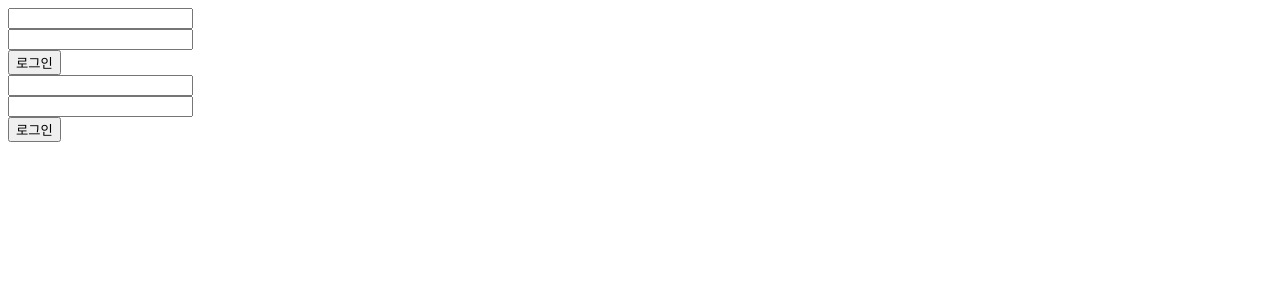
Repository: rmh6363/javastudy
Page: HelloWorld/WebContent/c.html
These files come from the project's save history. The page is drawn as it stood at one moment and after the next save; the edit follows.
The browser window is 1280 px wide. The pictures show the whole page.

Above is the page before, as saved 2020-12-04 06:23:13.

After the next save:
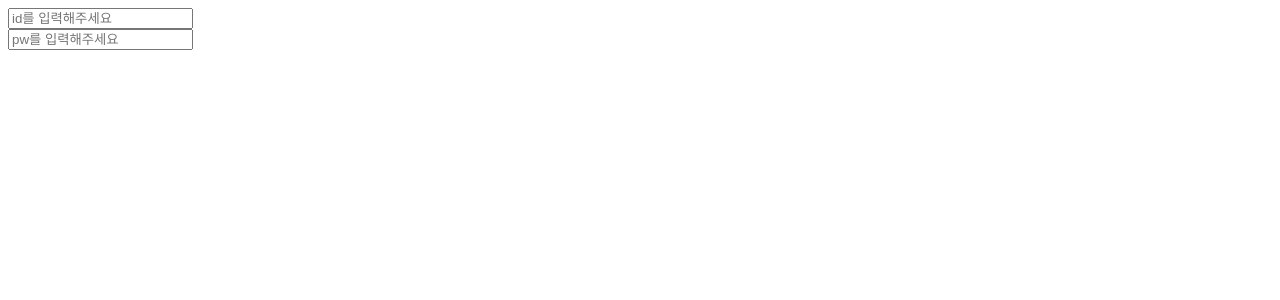
Saved 3 min 29 s later.
--- a/HelloWorld/WebContent/c.html
+++ b/HelloWorld/WebContent/c.html
@@ -5,26 +5,11 @@
 <title>Insert title here</title>
 </head>
 <body>
-<form action="a.html" method="get">
-
-   <input name = "id" >
-   <br>
-   <input type="password"        name = "pw" >
-   <br>
-   <input type="submit" value="로그인">
-
+<form action="b.html" method="post">
+<input type="text" placeholder="id를 입력해주세요">
+<br>
+<input type="password" placeholder="pw를 입력해주세요">
 </form>
-
-   <form action="b.html" method="post">
-   <input name = "id">
-   <br>
-   <input type="password"  name = "pw">
-   <br>
-   <input type="submit" value="로그인">
-
-
-</form>
-
 
 
 </body>
